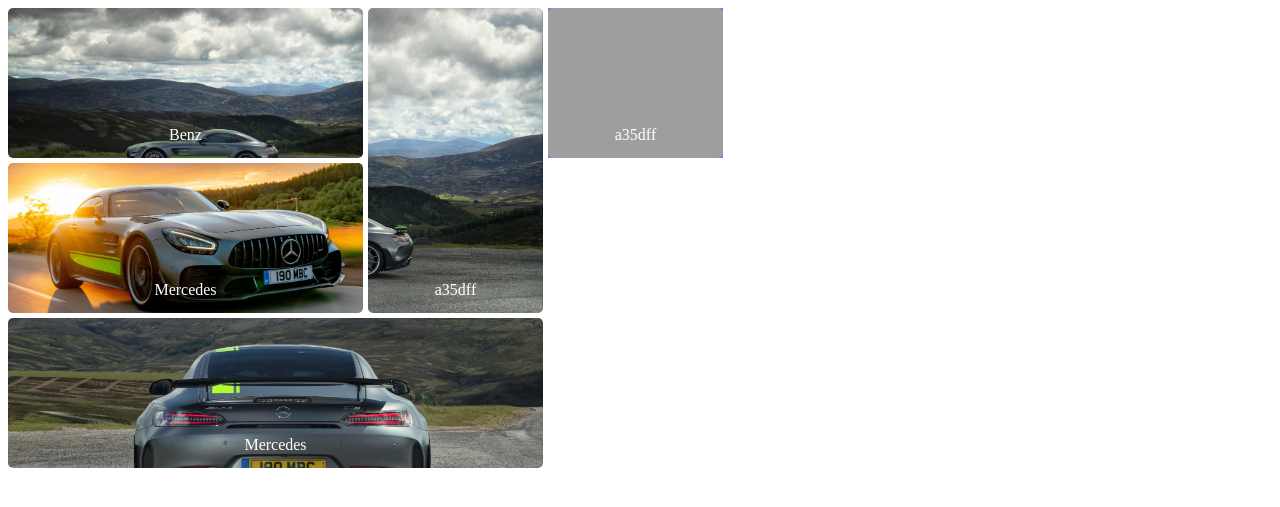
Repository: YoussefElsaygh/metrostyle
Page: index.html
The author's editor kept a copy of each file at every save. The page is drawn from the files as they stood at one save, then again after the next save.
The browser window is 1280 px wide. The pictures show the whole page.
Pictures or frames that could not be fetched are drawn as grey boxes.

Above is the page before, as saved 2019-12-16 04:27:42.

### index.html
<!DOCTYPE html>
<html lang="en">
<head>
    <meta charset="UTF-8">
    <meta name="viewport" content="width=device-width, initial-scale=1.0">
    <meta http-equiv="X-UA-Compatible" content="ie=edge">
    <link  type="text/css" rel="stylesheet" href="index.css"/>

    <title>MetroStyle Colors</title>
</head>
<body>
 <div class="wrapper" id="wrapper"></div>
</body>
<script src="index.js"></script>
</html>

### index.css
.wrapper {
    overflow-x: scroll;
    overflow-y: hidden;
    width: 100%;
    display: grid;
    grid-gap: 5px;
    grid-template-columns:repeat(10,175px);
    grid-template-rows:repeat(3, 150px);
  }

### index.js
var scoperows=3;
var scopecols=1;
var scopeimages=[{
    type: 2,
    align:'horizontal',
    data: {
        imageSource:"img/Mercedes/m1.jpg",
        clickCallback: () => {
            console.log("item clicked ");
        },
        text: {
            label: "Mercedes",
            textStyle: {
                color: "white"
            }
        },
    },
},
{
    type: 2,
    align:'horizontal',

    data: {
        imageSource:"../img/Mercedes/m2.jpg",
        clickCallback: () => {
            console.log("item clicked ");
        },
        text: {
            label: "Benz",
            textStyle: {
                color: "White"
            }
        }

    }},{
        type: 3,
        align:'horizontal',

        data: {
            imageSource:"./img/Mercedes/m4.jpg",
            clickCallback: () => {
                console.log("item clicked ");
            },

            text: {
                label: "Mercedes",
                textStyle: {
                    color: "White"
                }
            }

        }},{
            type: 2,
            align:'vertical',

            data: {
                imageSource:"./img/Mercedes/m2.jpg",

                clickCallback: () => {
                    console.log("item clicked ");
                },
                text: {
                    label: "a35dff",
                    textStyle: {
                        color: "White"
                    }
                }

            }}
            ,{
                type: 1,
                align:'horizontal',

                data: {
                    imageSource:"./img/Mercedes/m5",

                    clickCallback: () => {
                        console.log("item clicked ");
                    },
                    backgroundStyle: {
                        backgroundColor: "#a35dff"
                    },
                    text: {
                        label: "a35dff",
                        textStyle: {
                            color: "White"
                        }
                    }

                }}]

                var scopegridView = new Array(scoperows);
                            for (let i = 0; i < scopegridView.length; i++) {
                                scopegridView[i] = new Array(scopecols);
                                for (let j = 0; j < scopegridView[i].length; j++) {
                                    scopegridView[i][j] = 0;
                                }
                            }

                            for (let i = 0; i < scopeimages.length; i++) {
                                draw(scopeimages[i]);
                            }

            function setStyle(elem, propertyObject) {
                for (var property in propertyObject)
                    elem.style[property] = propertyObject[property];
            }

            function populateDataInField({row, col, img, divStyle, imageStyle}) {
                 if(img.align=='horizontal') {
                    for (let i = 0; i < img.type; i++) {
                        scopegridView[row][col + i] = 1;
                    }
                }
                else{
                    for (let i = 0; i < img.type; i++) {
                        scopegridView[row + i][col] = 1;
                    }
                }

                let div = document.createElement("DIV");
                let image = document.createElement("IMG");
                let paragraph = document.createElement("P");

                setStyle(div, divStyle);

                if (img.data) {
                    div.onclick = img.data.clickCallback;
                    setStyle(div, img.data.backgroundStyle);
                    if (img.data.imageSource) {
                        /**
                         * In case of full block image
                         * @type {string}
                         */
                        image.src = img.data.imageSource;
                        image.onerror = function() {
                            if(img.data.imageErrSrc){
                            image.src = img.data.imageErrSrc;
                            }

                        }

                        setStyle(image, {
                            maxWidth: "100%",
                            height: "100%",
                            width: "100%",
                            objectFit: "cover",
                            objectPosition:'100% 20%',
                            borderRadius:"5px"

                        });
                        setStyle(image, imageStyle);
                        div.appendChild(image);
                        if (img.data.text && img.data.text.label) {
                            setStyle(paragraph, {
                                position: "relative",
                                top: "-52px",
                                wordBreak: 'break-word'
                            });
                        }
                    } else {
                        /**
                         * In case of small icon only
                         */
                        if (img.data.icon && img.data.icon.iconSource) {
                            image.src = img.data.icon.iconSource;
                            setStyle(image, {
                                maxWidth: "50%",
                                padding: "10px"
                            });
                            setStyle(image, img.data.icon.iconStyle);
                            div.appendChild(image);
                            if (img.data.text && img.data.text.label) {
                                // setStyle(paragraph, {
                                //   paddingTop: ""
                                // });
                            }
                        }
                    }
                    if (img.data.text) {
                        if (img.data.text.label) {
                            paragraph.innerHTML = img.data.text.label;

                            setStyle(paragraph, {
                                textAlign: "center"
                            });
                            setStyle(paragraph, img.data.text.textStyle);

                            div.appendChild(paragraph);
                        }
                    }
                }
                document.getElementById("wrapper").appendChild(div);
            }

            function compareRowArray(col, row, gridView, type) {
                if (type == 0) {
                    return true;
                } else {
                    return (
                        gridView[row + type - 1][col] == 0 &&
                        compareRowArray(col, row, gridView, type - 1)
                    );
                }
            }

            function compareColArray(col, row, gridView, type) {
                if (type == 0) {
                    return true;
                } else {
                    return (
                        gridView[row][col + type - 1] == 0 &&
                        compareColArray(col, row, gridView, type - 1)
                    );
                }
            }

            function addColumn(var_rows, var_cols, gridView) {
                for (let i = 0; i < scoperows; i++) {
                    gridView[i].push(0);
                }
                scopecols++;
            }

            /**
             * return true in case there is no available row
             * @returns {boolean}
             */
            function rowCheckAvaialble(row, type) {
                return row < scoperows - type + 1;
            }

            /**
             * return true in case there is no available column
             * @returns {boolean}
             */
            function colCheckAvaialble(col, type) {
                return col < scopecols - type + 1;
            }

            function checkAvailableSinglePlace() {
                for (var i = 0; i < scoperows; i++) {
                    for (var j = 0; j < scopecols; j++) {
                        if (scopegridView[i][j] == 0) {
                            return true;
                        }
                    }
                }
                return false;
            }

            function checkAvailableVerticalPlace(type) {
                for (let i = 0; i < scoperows; i++) {
                    for (let j = 0; j < scopecols; j++) {
                        if (i + type - 1 < scoperows)
                            if (compareRowArray(j, i, scopegridView, type)) {
                                return true;
                            }
                    }
                }
                return false;
            }

            function checkAvailableTripleHorizontalPlace(type) {
                for (let i = 0; i < scoperows; i++) {
                    for (let j = 0; j < scopecols; j++) {
                        if (j + type - 1 < scopecols)
                            if (compareColArray(j, i, scopegridView, type)) {
                                return true;
                            }
                    }
                }
                return false;
            }

            function rowPopulation({row, col, img}) {
                populateDataInField({
                    row,
                    col,
                    img,
                    divStyle: {
                        gridColumnStart: col + 1,
                        gridColumnEnd: col + 2,
                        gridRowStart: row + 1,
                        gridRowEnd: row + img.type + 1
                        // borderRadius:'5px'
                    }
                });
            }

            function colPopulation({row, col, img}) {
                populateDataInField({
                    row,
                    col,
                    img,
                    divStyle: {
                        gridColumnStart: col + 1,
                        gridColumnEnd: col + 1 + img.type,
                        gridRowStart: row + 1,
                        gridRowEnd: row + 2
                        // borderRadius:'5px'

                    }
                });
            }

            function draw(img) {
                outer_loop: for (let col = 0; col < scopecols; col++) {
                    for (let row = 0; row < scoperows; row++) {
                        switch (img.align) {
                            case 'vertical':
                                case undefined:

                                if (checkAvailableVerticalPlace(img.type)) {
                                    if (rowCheckAvaialble(row, img.type) && compareRowArray(col, row, scopegridView, img.type)) {
                                        rowPopulation({row, col, img});
                                        break outer_loop;
                                    }

                                } else {
                                    addColumn(scoperows, scopecols, scopegridView);
                                }

                                break;
                            case 'horizontal':
                                if (checkAvailableTripleHorizontalPlace(img.type)) {
                                    if (colCheckAvaialble(col, img.type) && compareColArray(col, row, scopegridView, img.type)) {
                                        colPopulation({row, col, img});
                                        break outer_loop;
                                    }

                                } else {
                                    addColumn(scoperows, scopecols, scopegridView);
                                }
                                break;
                                default:
                                        if (
                                                    scopegridView[row][col] != 0 &&
                                                    !checkAvailableSinglePlace()
                                                ) {
                                                    addColumn(scoperows, scopecols, scopegridView);
                                                    break;
                                                }

                                                if (scopegridView[row][col] == 0) {
                                                    scopegridView[row][col] = 1;
                                                    populateDataInField({
                                                        row,
                                                        col,
                                                        img,
                                                        divStyle: {
                                                            gridColumnStart: col + 1,
                                                            gridColumnEnd: col + 2,
                                                            gridRowStart: row + 1,
                                                            gridRowEnd: row + 2
                                                            // borderRadius:'5px',

                                                        }
                                                    });

                                                    break outer_loop;
                                                }
                                    break;
                        }
                    }
                }
            }

After the next save:
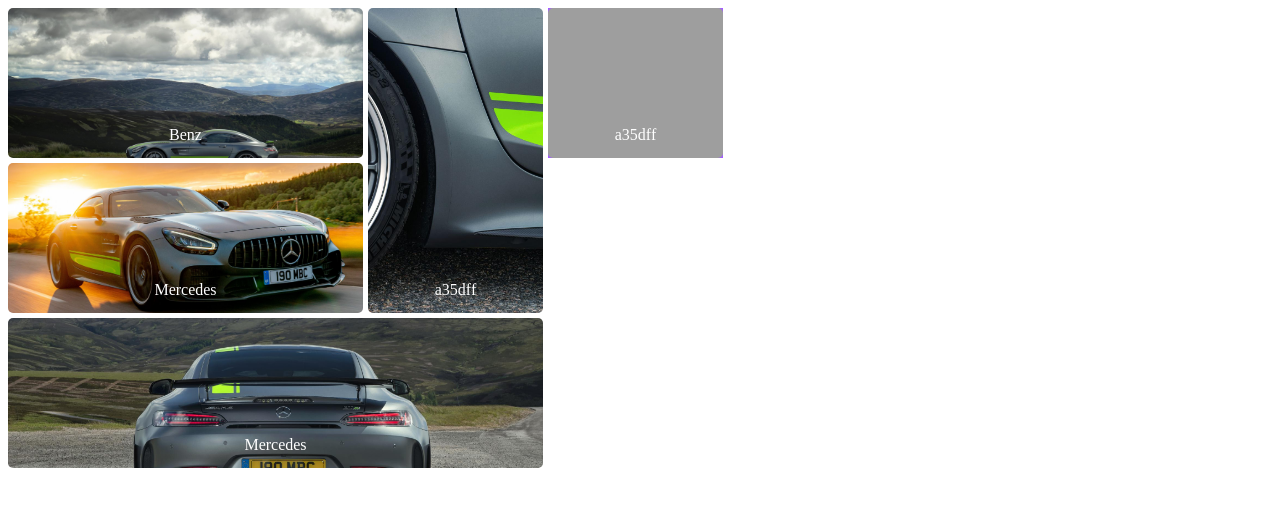
Saved 15 s later.
--- a/index.js
+++ b/index.js
@@ -54,7 +54,7 @@
             align:'vertical',
 
             data: {
-                imageSource:"./img/Mercedes/m2.jpg",
+                imageSource:"./img/Mercedes/m5.jpg",
 
                 clickCallback: () => {
                     console.log("item clicked ");
